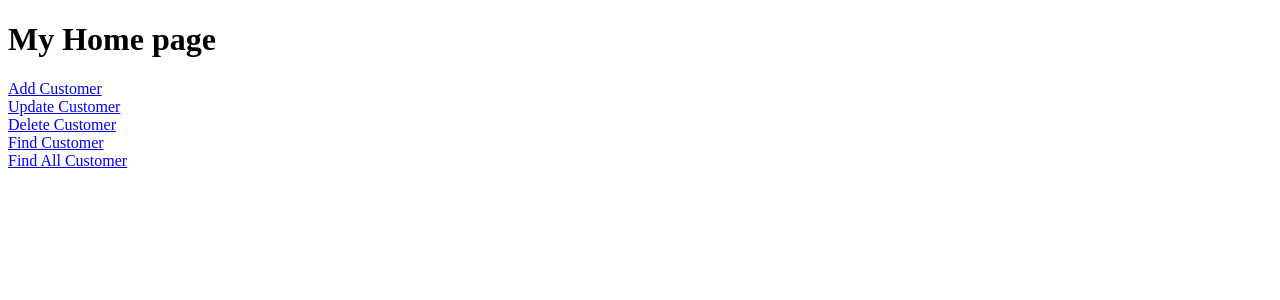
Repository: dan-10/Deloitte
Page: DeloitteTrainig/SpringMVCDemo/WebContent/Index.html
These files come from the project's save history. The page is drawn as it stood at one moment and after the next save; the edit follows.
The browser window is 1280 px wide. The pictures show the whole page.

Above is the page before, as saved 2019-08-01 10:37:38.

### DeloitteTrainig/SpringMVCDemo/WebContent/Index.html
<!DOCTYPE html>
<html>
<head>
<meta charset="ISO-8859-1">
<title>Insert title here</title>
</head>
<body>
<h1>My Home page</h1>
<a href = "Add.do" target = "_blank">Add Customer</a><br>
<a href = "Update.do" target = "_blank">Update Customer</a><br>
<a href = "Delete.do" target = "_blank">Delete Customer</a><br>
<a href = "Find.do" target = "_blank">Find Customer</a><br>
<a href = "FindAll.do" target = "_blank">Find All Customer</a>
</body>
</html>

After the next save:
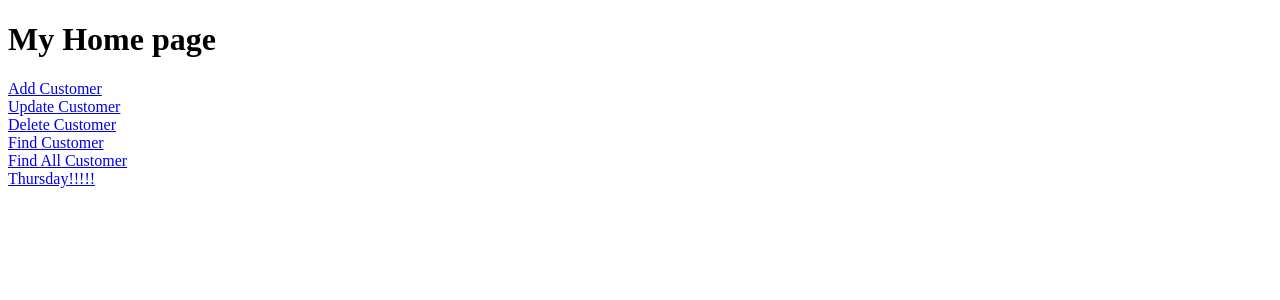
Saved 45 s later.
--- a/DeloitteTrainig/SpringMVCDemo/WebContent/Index.html
+++ b/DeloitteTrainig/SpringMVCDemo/WebContent/Index.html
@@ -10,6 +10,9 @@
 <a href = "Update.do" target = "_blank">Update Customer</a><br>
 <a href = "Delete.do" target = "_blank">Delete Customer</a><br>
 <a href = "Find.do" target = "_blank">Find Customer</a><br>
-<a href = "FindAll.do" target = "_blank">Find All Customer</a>
+<a href = "FindAll.do" target = "_blank">Find All Customer</a><br>
+<a href = "doSome.do" target = "_blank">Thursday!!!!!</a>
+
+
 </body>
 </html>
